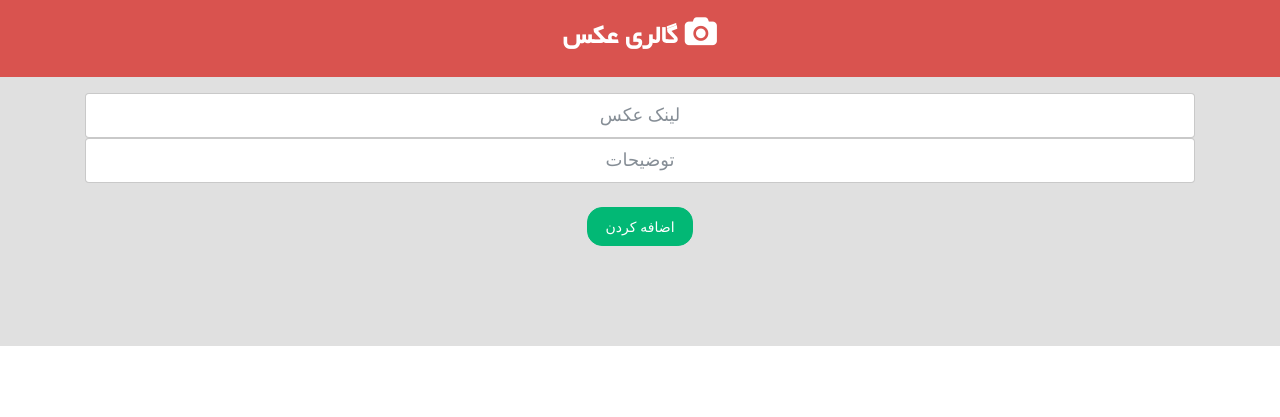
Repository: sadegh1379/PhotoWall-app
Page: /addphoto
The author's editor kept a copy of each file at every save. The page is drawn from the files as they stood at one save, then again after the next save.
The browser window is 1280 px wide. The pictures show the whole page.
The project was rebuilt for these pictures with package versions that can differ from the ones it lists, and the page was loaded fresh each time. Also part of the build but not shown: src/Component/Photo.js, src/Component/PhotoWall.js.

Above is the page before, as saved 2020-02-22 13:24:04.

After the next save:
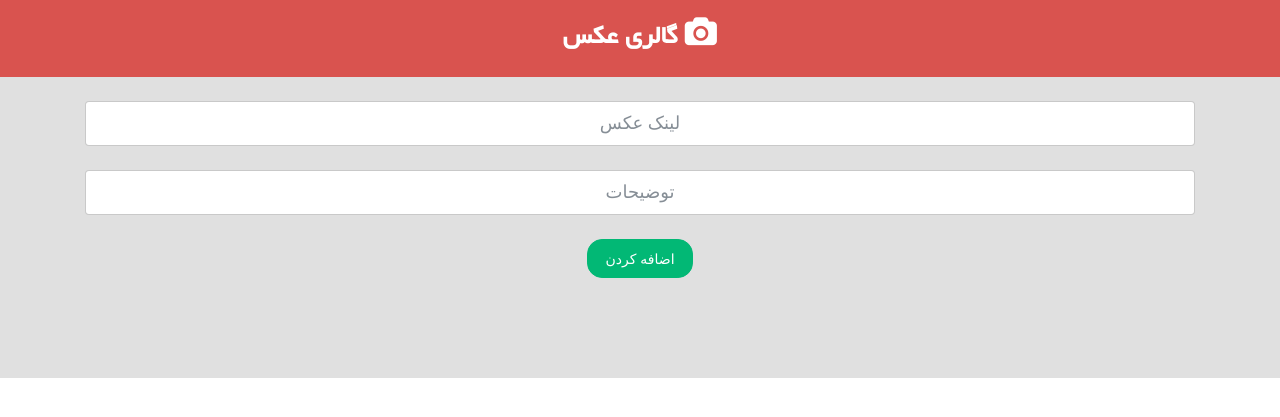
Saved 9 s later.
--- a/src/Component/AddPhoto.js
+++ b/src/Component/AddPhoto.js
@@ -5,7 +5,7 @@ export class AddPhoto extends Component {
         return (
             <div>
                 <form className="container add-form">
-                    <input type="text" placeholder="لینک عکس" className="form-control text-center"/>
+                    <input type="text" placeholder="لینک عکس" className="form-control my-4 text-center"/>
                     <input type="text" placeholder="توضیحات" className="form-control text-center" />
                       <div className="d-flex justify-content-center mt-4">
                             <button type="submit" className="btn btn-success ">اضافه کردن</button>
